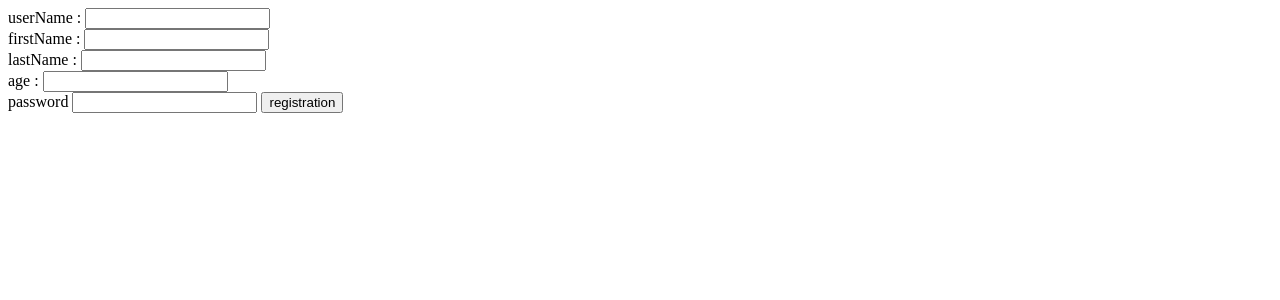
Repository: deepak0202/advancejava
Page: login/WebContent/registration.html
An editor plug-in stored every save of this project. The page is shown before and after the next save, followed by the edit.
The browser window is 1280 px wide. The pictures show the whole page.

Above is the page before, as saved 2018-05-26 10:57:04.

### login/WebContent/registration.html
<form action="register">
userName :
<input type="text" name="userName"></br>
firstName :
<input type="text" name="firstName"></br>
lastName :
<input type="text" name="lastName"></br>
age :
<input type="text" name="age"></br>
password
<input type="password" name="password">
<input type="submit" value="registration">
</form>

After the next save:
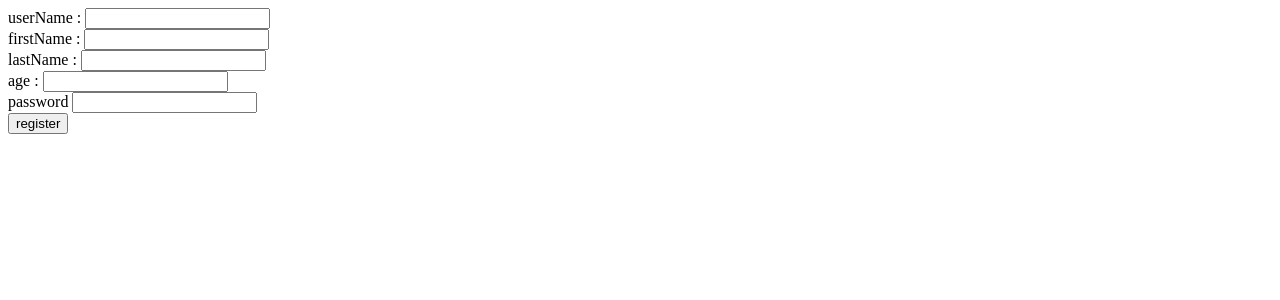
Saved 40 s later.
--- a/login/WebContent/registration.html
+++ b/login/WebContent/registration.html
@@ -8,6 +8,6 @@ lastName :
 age :
 <input type="text" name="age"></br>
 password
-<input type="password" name="password">
-<input type="submit" value="registration">
+<input type="password" name="password"></br>
+<input type="submit" value="register">
 </form>
